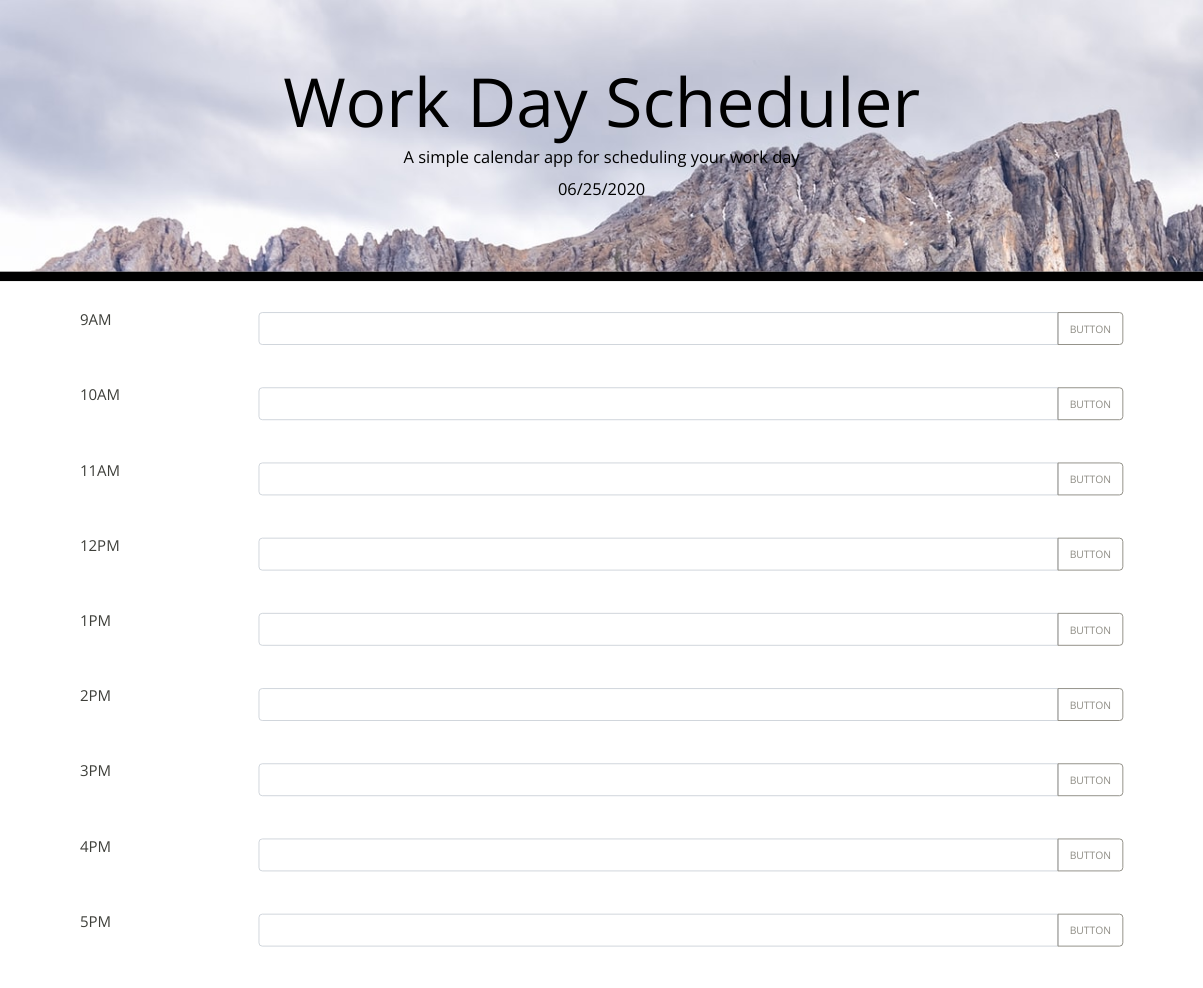
Repository: himaja830/Day-Planner
Page: Develop/index.html
An editor plug-in stored every save of this project. The page is shown before and after the next save, followed by the edit.
The browser window is 1280 px wide. The pictures show the whole page, at 94% of full size.
Some web libraries are served in a nearby version.

Above is the page before, as saved 2020-06-25 16:32:11.

After the next save:
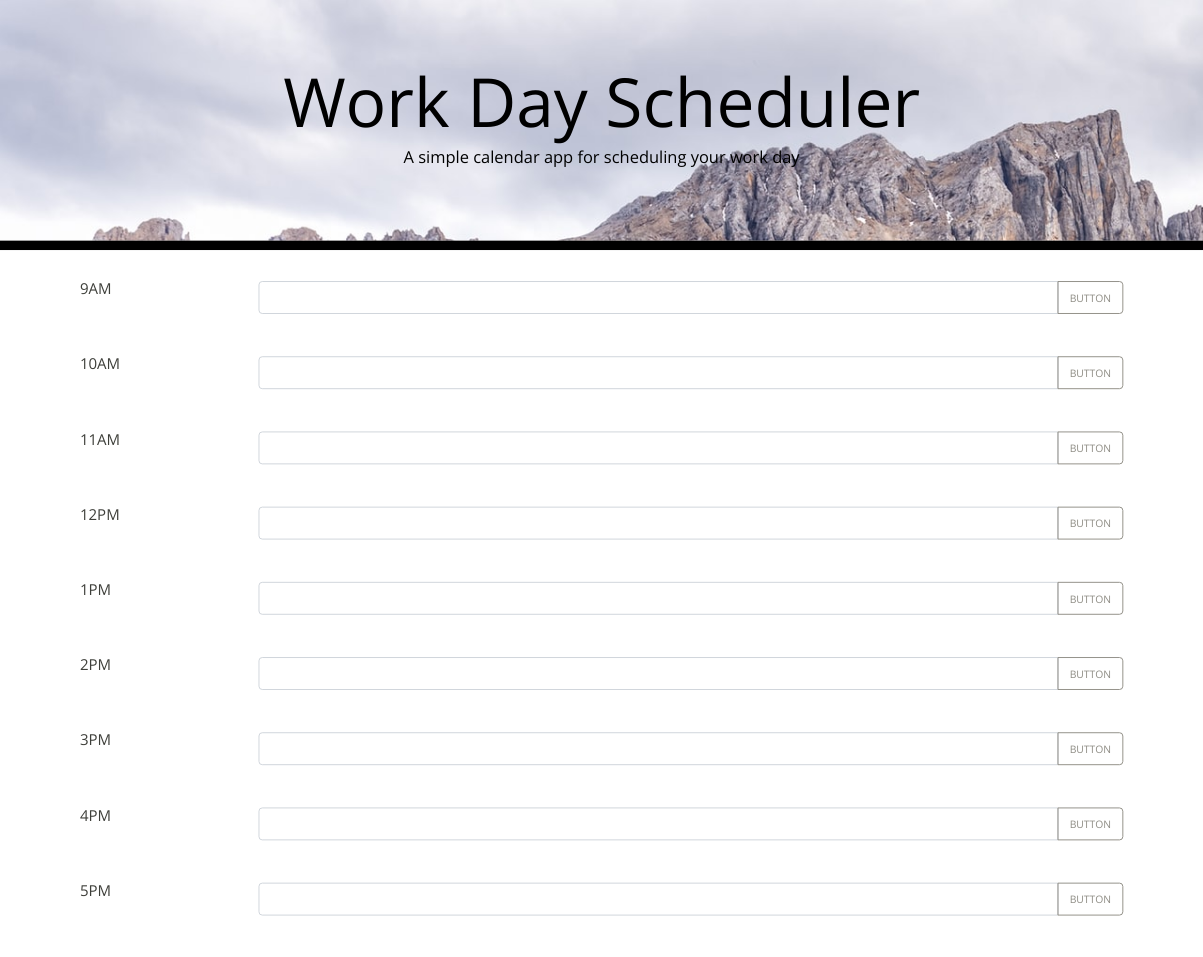
Console error: SyntaxError: Unexpected token '}'
Saved 2 min 23 s later.
--- a/Develop/script.js
+++ b/Develop/script.js
@@ -7,8 +7,9 @@
     date.text(now);
 
 //get input fields to alter their color relative to time.bg-gray.
+var hourFormat = moment().format("HH");
  $(".event").each(function(){
-     console.log(this.id);
+     if (moment().betw)
  });
 
 

After the 2 saves that followed:
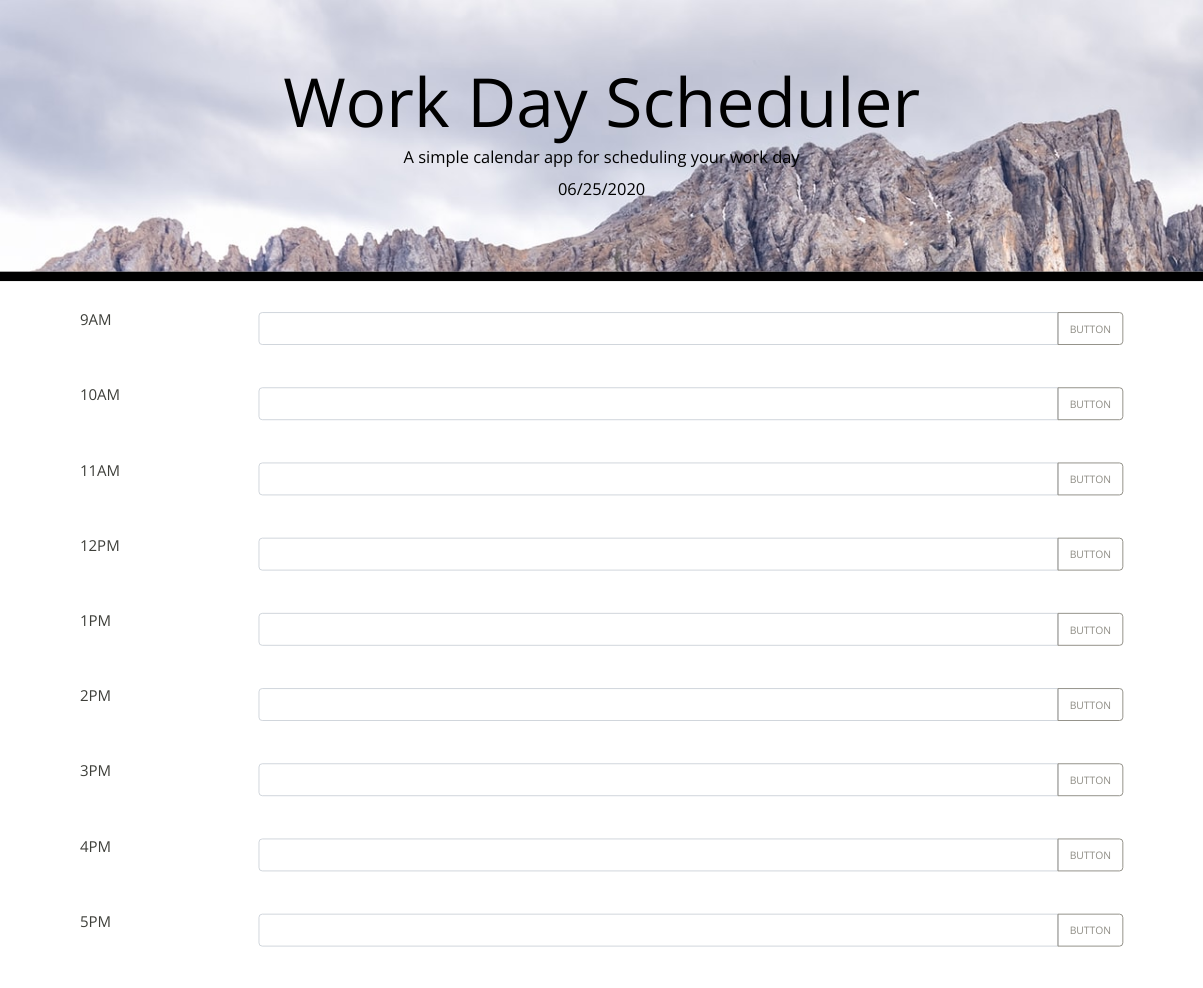
The error is gone.
The 2 saves are shown as one change because 1 left the picture as it was.
The last was saved 31 s later.
--- a/Develop/script.js
+++ b/Develop/script.js
@@ -7,9 +7,10 @@
     date.text(now);
 
 //get input fields to alter their color relative to time.bg-gray.
-var hourFormat = moment().format("HH");
+var hourFormat = moment().format("HH24");
  $(".event").each(function(){
-     if (moment().betw)
+     console.log(hourFormat);
+    //  if (moment().betw)
  });
 
 
